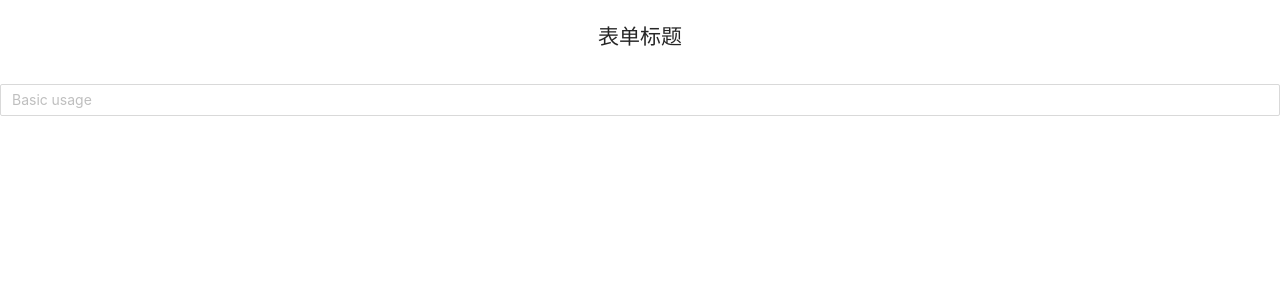
Repository: yangdi1993/form
Page: /
The author's editor kept a copy of each file at every save. The page is drawn from the files as they stood at one save, then again after a run of saves.
The browser window is 1280 px wide. The pictures show the whole page.
The project was rebuilt for these pictures with package versions that can differ from the ones it lists, and the page was loaded fresh each time.

Above is the page before, as saved 2020-04-01 12:18:11.

After the next 2 saves:
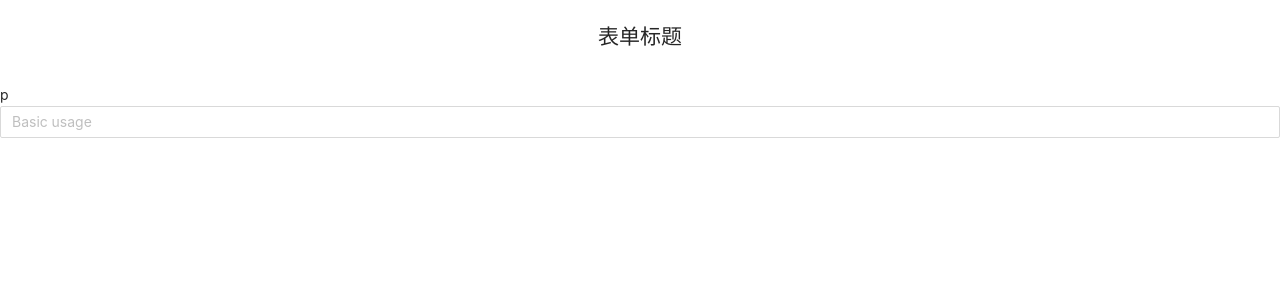
The 2 saves are shown as one change because they came seconds apart.
The last was saved 43 s later.
--- a/src/App.js
+++ b/src/App.js
@@ -7,6 +7,7 @@ const App = () => (
       <h2>表单标题</h2>
     </div>
     <div className="question-list">
+      p
       <Input placeholder="Basic usage" />
     </div>
     <div className="form-submit">
